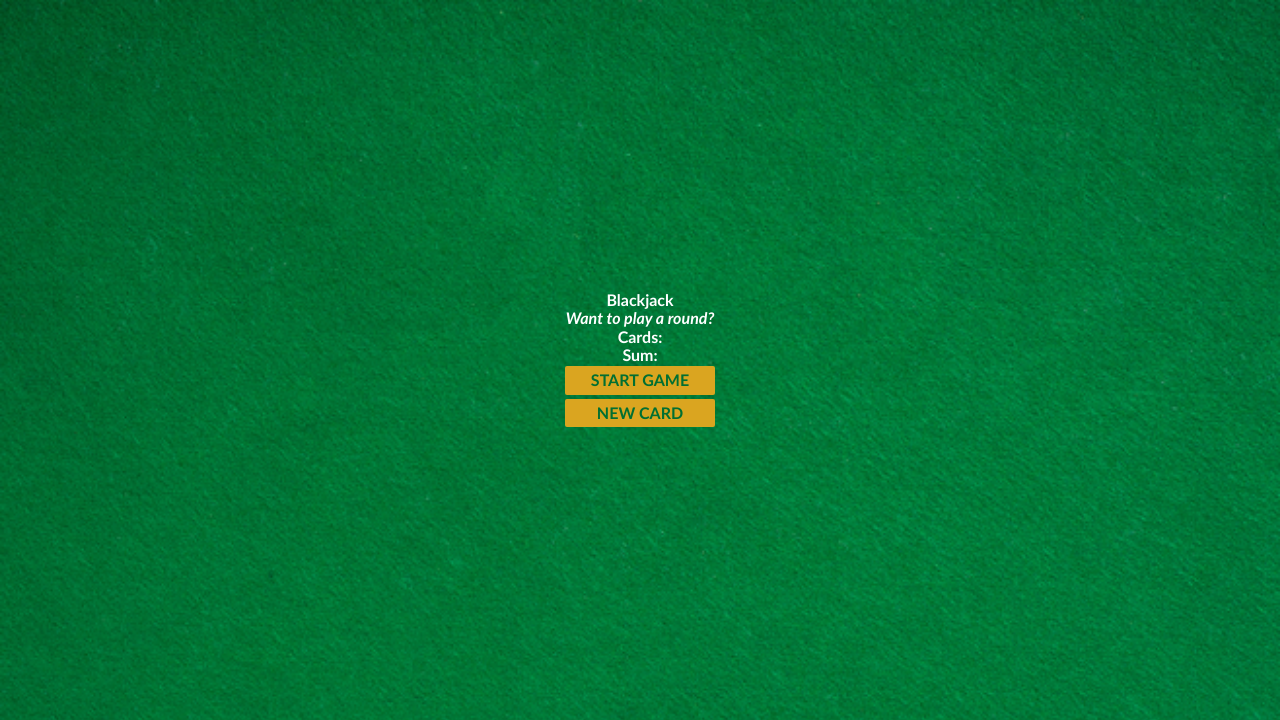
Repository: raghhavv03/javascript-practice
Page: task-5/index.html
An editor plug-in stored every save of this project. The page is shown before and after the next save, followed by the edit.
The browser window is 1280 px wide. The pictures show the whole page.

Above is the page before, as saved 2026-02-09 20:48:22.

### task-5/index.html
<!DOCTYPE html>
<html>
    <head>
        <link rel="stylesheet" href="https://cdnjs.cloudflare.com/ajax/libs/normalize/8.0.1/normalize.css">
        <link rel="stylesheet" href="./style.css">
        <script src="./index.js" defer></script>
        <title>Task 5</title>
    </head>
    <body>
        <p id="heading">Blackjack</p>

        <p id="message-el">Want to play a round?</p>
        <p id="cards-el">Cards:</p>
        <p id="sum-el">Sum:</p>

        <button onclick="startGame()">START GAME</button>
        <button onclick="newCard()">NEW CARD</button>

        <p id="player-el"></p>
    </body>
</html>

### task-5/style.css
* {
    margin: 0;
    padding: 0;
    box-sizing: border-box;
}

body {
    font-family: 'Trebuchet MS', 'Lucida Sans Unicode', 'Lucida Grande', Arial, sans-serif;
    background-image: url("images/table.png");
    background-size: cover;
    font-weight: bold;
    color: white;
    display: flex;
    flex-direction: column;
    justify-content: center;
    align-items: center;
    height: 100vh;
}

heading {
    outline: 2px solid red;
    font-size: 70px;
    color: goldenrod;
}

#message-el {
    font-style: italic;
}

button {
    color: #016f32;
    width: 150px;
    background: goldenrod;
    padding-top: 5px;
    padding-bottom: 5px;
    font-weight: bold;
    border: none;
    border-radius: 2px;
    margin-bottom: 2px;
    margin-top: 2px;
}

### task-5/index.js
const cards = [
  { img: "./images/card-a.png", value: 11 },
  { img: "./images/card-2.png", value: 2 },
  { img: "./images/card-3.png", value: 3 },
  { img: "./images/card-4.png", value: 4 },
  { img: "./images/card-5.png", value: 5 },
  { img: "./images/card-6.png", value: 6 },
  { img: "./images/card-7.png", value: 7 },
  { img: "./images/card-8.png", value: 8 },
  { img: "./images/card-9.png", value: 9 },
  { img: "./images/card-10.png", value: 10 },
  { img: "./images/card-j.png", value: 10 },
  { img: "./images/card-q.png", value: 10 },
  { img: "./images/card-k.png", value: 10 }
]

After the next save:
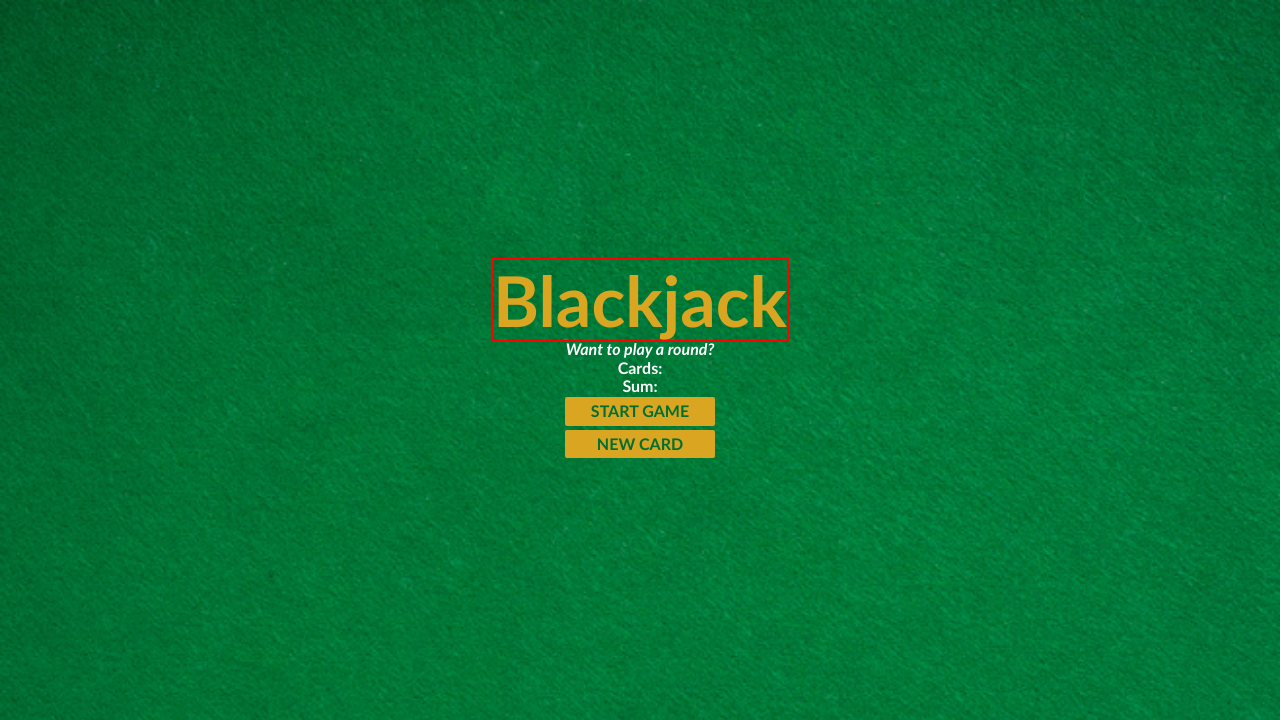
Saved 17 s later.
--- a/task-5/style.css
+++ b/task-5/style.css
@@ -17,7 +17,7 @@ body {
     height: 100vh;
 }
 
-heading {
+#heading {
     outline: 2px solid red;
     font-size: 70px;
     color: goldenrod;
